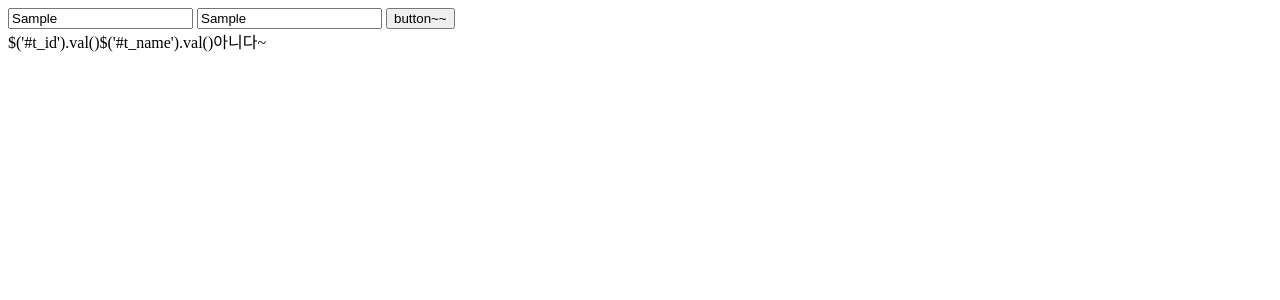
Repository: ddd5733/MVC-Pattern
Page: http://localhost/track2_exam_김성용/exam_event/form1_1.jsp
An editor plug-in stored every save of this project. The page is shown before and after the next save, followed by the edit.
The browser window is 1280 px wide. The pictures show the whole page.
Empty fields were first filled with sample values (such as "Sample", 5 or name@example.com).
After loading, the first visible `#btnOK` was clicked once.
Some web libraries are served in a nearby version. The page is served by Tomcat 9.

Above is the page before, as saved 2020-01-09 05:00:47.

After the next save:
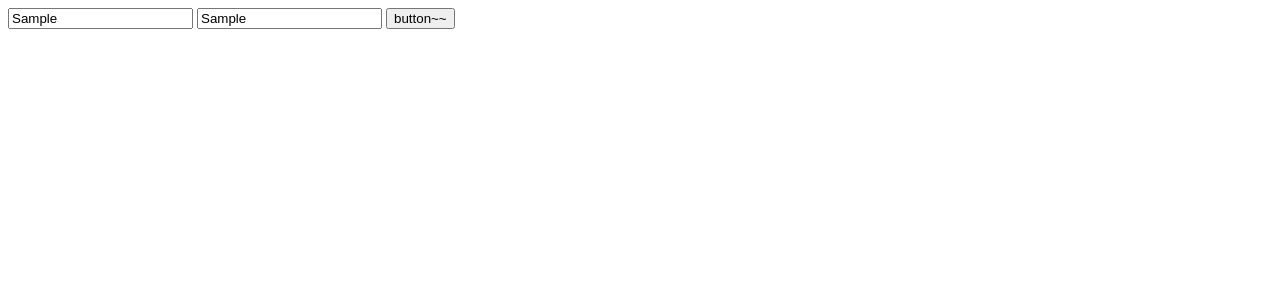
Console error: ReferenceError: params2 is not defined
Saved 20 s later.
--- a/김성용_eclipse_source/track2_exam_김성용/WebContent/exam_event/form1_1.jsp
+++ b/김성용_eclipse_source/track2_exam_김성용/WebContent/exam_event/form1_1.jsp
@@ -14,8 +14,8 @@
     	$("#btnOK").click(function(){
 
     	    var urlLocation="form1_2.jsp";
-    	   // var params="id="+ $('#t_id').val()+"&name="+$('#t_name').val();
-    	  var params2=`id=$('#t_id').val()&name=$('#t_name').val()`;
+    	    var params="id="+ $('#t_id').val()+"&name="+$('#t_name').val();
+    //	  var params2=`id=$('#t_id').val()&name=$('#t_name').val()`;
 		        $.ajax({
 		            type : "post",
 		            url : urlLocation,

After the save that followed:
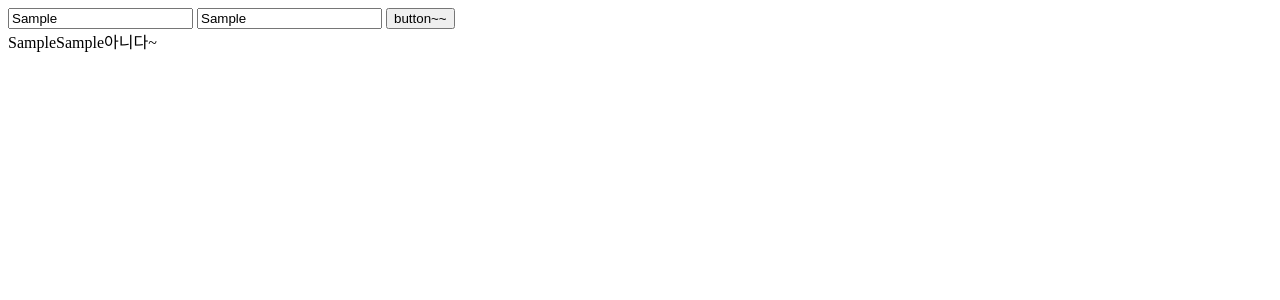
The error is gone.
Saved 16 s later.
--- a/김성용_eclipse_source/track2_exam_김성용/WebContent/exam_event/form1_1.jsp
+++ b/김성용_eclipse_source/track2_exam_김성용/WebContent/exam_event/form1_1.jsp
@@ -19,7 +19,7 @@
 		        $.ajax({
 		            type : "post",
 		            url : urlLocation,
-		            data:params2,
+		            data:params,
 		            dataType : "text",
 		            error : function(){
 		                alert('통신실패!!');
